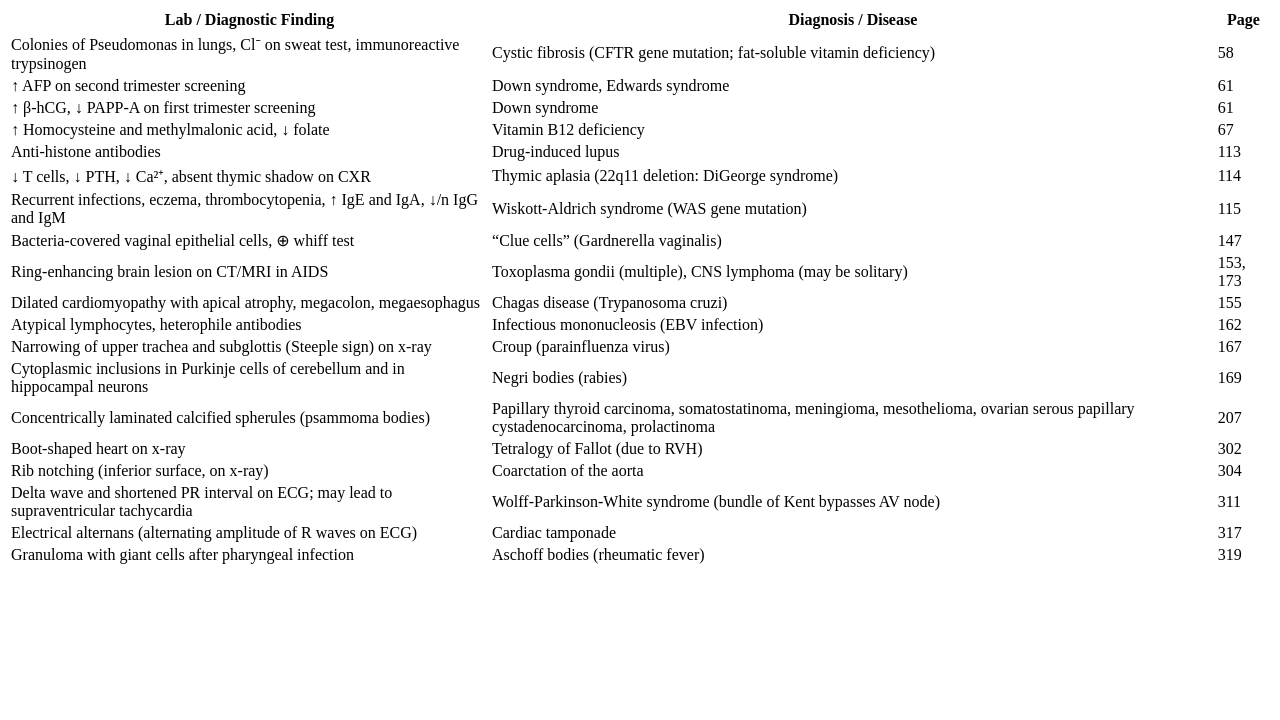
Repository: sharperdragon/STEVEL-1-Summaries
Page: subdex/rapid_findings.table.html
The author's editor kept a copy of each file at every save. The page is drawn from the files as they stood at one save, then again after the next save.
The browser window is 1280 px wide. The pictures show the whole page.

Above is the page before, as saved 2025-05-21 08:14:59.

### subdex/rapid_findings.table.html
<div class="responsive-container">
  <table class="table3" id="rr-associations">
    <thead>
      <tr>
        <th>Lab / Diagnostic Finding</th>
        <th>Diagnosis / Disease</th>
        <th>Page</th>
      </tr>
    </thead>
    <tbody>
      <tr>
        <td>Colonies of Pseudomonas in lungs, Cl⁻ on sweat test, immunoreactive trypsinogen</td>
        <td>Cystic fibrosis (CFTR gene mutation; fat-soluble vitamin deficiency)</td>
        <td>58</td>
      </tr>
      <tr>
        <td>↑ AFP on second trimester screening</td>
        <td>Down syndrome, Edwards syndrome</td>
        <td>61</td>
      </tr>
      <tr>
        <td>↑ β-hCG, ↓ PAPP-A on first trimester screening</td>
        <td>Down syndrome</td>
        <td>61</td>
      </tr>
      <tr>
        <td>↑ Homocysteine and methylmalonic acid, ↓ folate</td>
        <td>Vitamin B12 deficiency</td>
        <td>67</td>
      </tr>
      <tr>
        <td>Anti-histone antibodies</td>
        <td>Drug-induced lupus</td>
        <td>113</td>
      </tr>
      <tr>
        <td>↓ T cells, ↓ PTH, ↓ Ca²⁺, absent thymic shadow on CXR</td>
        <td>Thymic aplasia (22q11 deletion: DiGeorge syndrome)</td>
        <td>114</td>
      </tr>
      <tr>
        <td>Recurrent infections, eczema, thrombocytopenia, ↑ IgE and IgA, ↓/n IgG and IgM</td>
        <td>Wiskott-Aldrich syndrome (WAS gene mutation)</td>
        <td>115</td>
      </tr>
      <tr>
        <td>Bacteria-covered vaginal epithelial cells, ⊕ whiff test</td>
        <td>“Clue cells” (Gardnerella vaginalis)</td>
        <td>147</td>
      </tr>
      <tr>
        <td>Ring-enhancing brain lesion on CT/MRI in AIDS</td>
        <td>Toxoplasma gondii (multiple), CNS lymphoma (may be solitary)</td>
        <td>153, 173</td>
      </tr>
      <tr>
        <td>Dilated cardiomyopathy with apical atrophy, megacolon, megaesophagus</td>
        <td>Chagas disease (Trypanosoma cruzi)</td>
        <td>155</td>
      </tr>
      <tr>
        <td>Atypical lymphocytes, heterophile antibodies</td>
        <td>Infectious mononucleosis (EBV infection)</td>
        <td>162</td>
      </tr>
      <tr>
        <td>Narrowing of upper trachea and subglottis (Steeple sign) on x-ray</td>
        <td>Croup (parainfluenza virus)</td>
        <td>167</td>
      </tr>
      <tr>
        <td>Cytoplasmic inclusions in Purkinje cells of cerebellum and in hippocampal neurons</td>
        <td>Negri bodies (rabies)</td>
        <td>169</td>
      </tr>
      <tr>
        <td>Concentrically laminated calcified spherules (psammoma bodies)</td>
        <td>Papillary thyroid carcinoma, somatostatinoma, meningioma, mesothelioma, ovarian serous papillary cystadenocarcinoma, prolactinoma</td>
        <td>207</td>
      </tr>
      <tr>
        <td>Boot-shaped heart on x-ray</td>
        <td>Tetralogy of Fallot (due to RVH)</td>
        <td>302</td>
      </tr>
      <tr>
        <td>Rib notching (inferior surface, on x-ray)</td>
        <td>Coarctation of the aorta</td>
        <td>304</td>
      </tr>
      <tr>
        <td>Delta wave and shortened PR interval on ECG; may lead to supraventricular tachycardia</td>
        <td>Wolff-Parkinson-White syndrome (bundle of Kent bypasses AV node)</td>
        <td>311</td>
      </tr>
      <tr>
        <td>Electrical alternans (alternating amplitude of R waves on ECG)</td>
        <td>Cardiac tamponade</td>
        <td>317</td>
      </tr>
      <tr>
        <td>Granuloma with giant cells after pharyngeal infection</td>
        <td>Aschoff bodies (rheumatic fever)</td>
        <td>319</td>
      </tr>
    </tbody>
  </table>
</div>

After the next save:
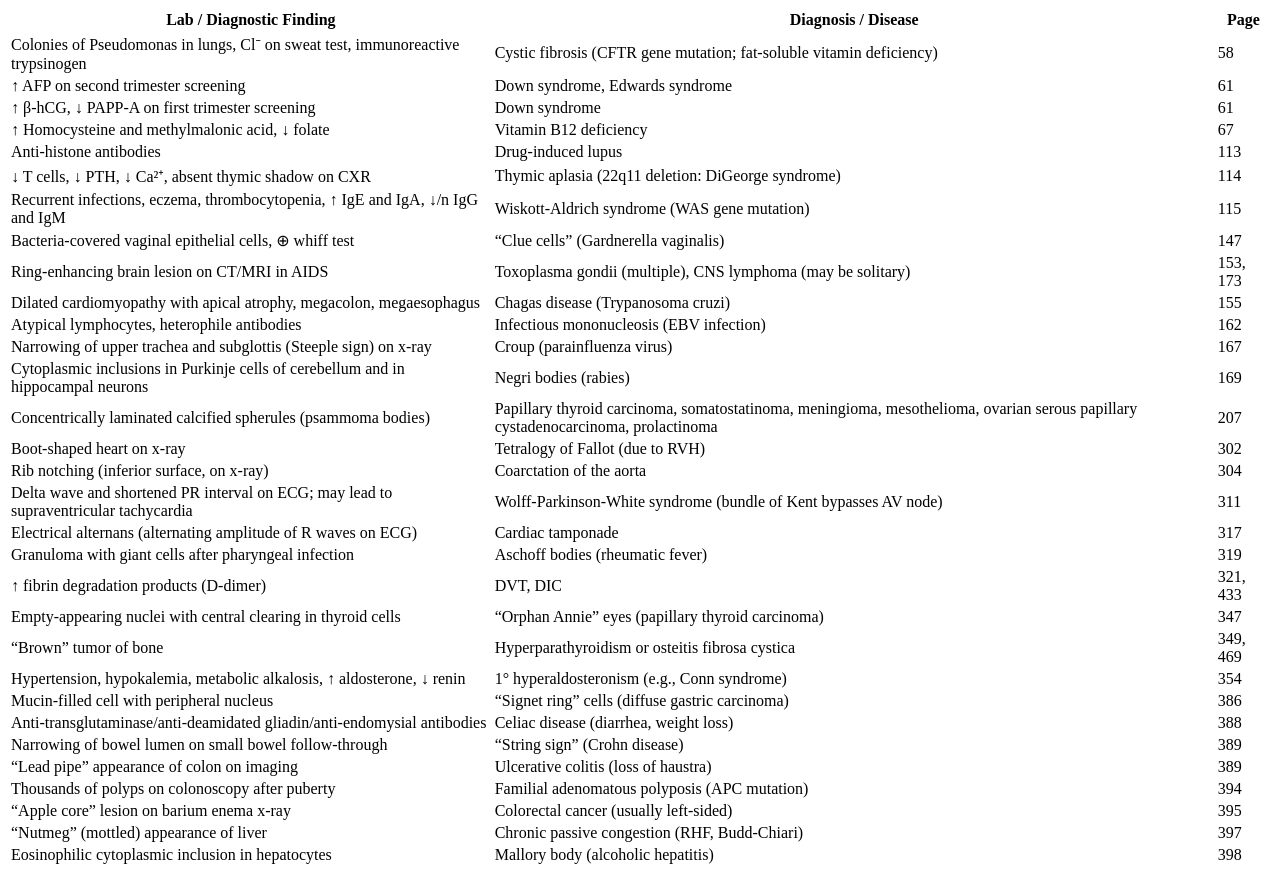
Saved 60 s later.
--- a/subdex/rapid_findings.table.html
+++ b/subdex/rapid_findings.table.html
@@ -103,6 +103,66 @@
         <td>Aschoff bodies (rheumatic fever)</td>
         <td>319</td>
       </tr>
+      <tr>
+        <td>↑ fibrin degradation products (D-dimer)</td>
+        <td>DVT, DIC</td>
+        <td>321, 433</td>
+      </tr>
+      <tr>
+        <td>Empty-appearing nuclei with central clearing in thyroid cells</td>
+        <td>“Orphan Annie” eyes (papillary thyroid carcinoma)</td>
+        <td>347</td>
+      </tr>
+      <tr>
+        <td>“Brown” tumor of bone</td>
+        <td>Hyperparathyroidism or osteitis fibrosa cystica</td>
+        <td>349, 469</td>
+      </tr>
+      <tr>
+        <td>Hypertension, hypokalemia, metabolic alkalosis, ↑ aldosterone, ↓ renin</td>
+        <td>1° hyperaldosteronism (e.g., Conn syndrome)</td>
+        <td>354</td>
+      </tr>
+      <tr>
+        <td>Mucin-filled cell with peripheral nucleus</td>
+        <td>“Signet ring” cells (diffuse gastric carcinoma)</td>
+        <td>386</td>
+      </tr>
+      <tr>
+        <td>Anti-transglutaminase/anti-deamidated gliadin/anti-endomysial antibodies</td>
+        <td>Celiac disease (diarrhea, weight loss)</td>
+        <td>388</td>
+      </tr>
+      <tr>
+        <td>Narrowing of bowel lumen on small bowel follow-through</td>
+        <td>“String sign” (Crohn disease)</td>
+        <td>389</td>
+      </tr>
+      <tr>
+        <td>“Lead pipe” appearance of colon on imaging</td>
+        <td>Ulcerative colitis (loss of haustra)</td>
+        <td>389</td>
+      </tr>
+      <tr>
+        <td>Thousands of polyps on colonoscopy after puberty</td>
+        <td>Familial adenomatous polyposis (APC mutation)</td>
+        <td>394</td>
+      </tr>
+      <tr>
+        <td>“Apple core” lesion on barium enema x-ray</td>
+        <td>Colorectal cancer (usually left-sided)</td>
+        <td>395</td>
+      </tr>
+      <tr>
+        <td>“Nutmeg” (mottled) appearance of liver</td>
+        <td>Chronic passive congestion (RHF, Budd-Chiari)</td>
+        <td>397</td>
+      </tr>
+      <tr>
+        <td>Eosinophilic cytoplasmic inclusion in hepatocytes</td>
+        <td>Mallory body (alcoholic hepatitis)</td>
+        <td>398</td>
+      </tr>
     </tbody>
   </table>
 </div>
